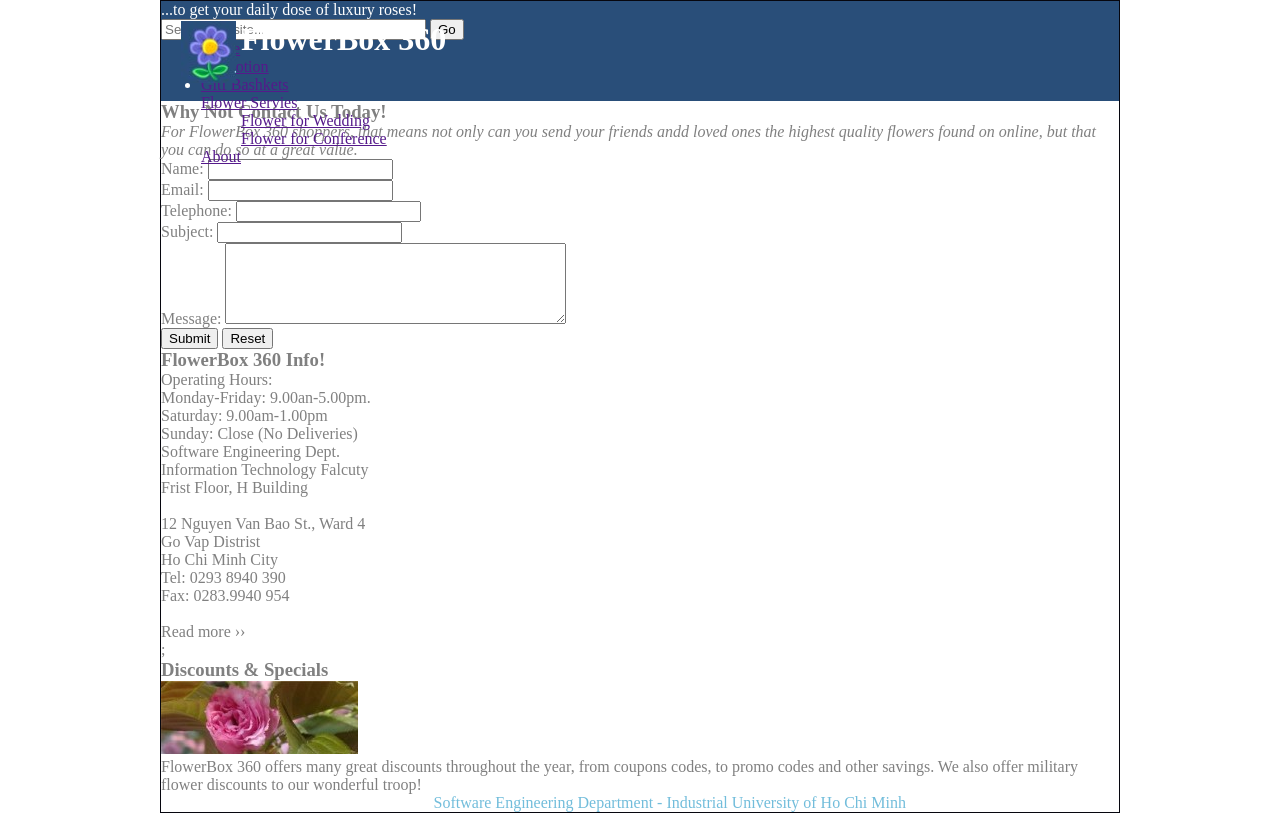
Repository: duongtheng/bai-tap-tuan-6
Page: html/index.html
The author's editor kept a copy of each file at every save. The page is drawn from the files as they stood at one save, then again after the next save.
The browser window is 1280 px wide. The pictures show the whole page.

Above is the page before, as saved 2022-03-23 13:56:44.

After the next save:
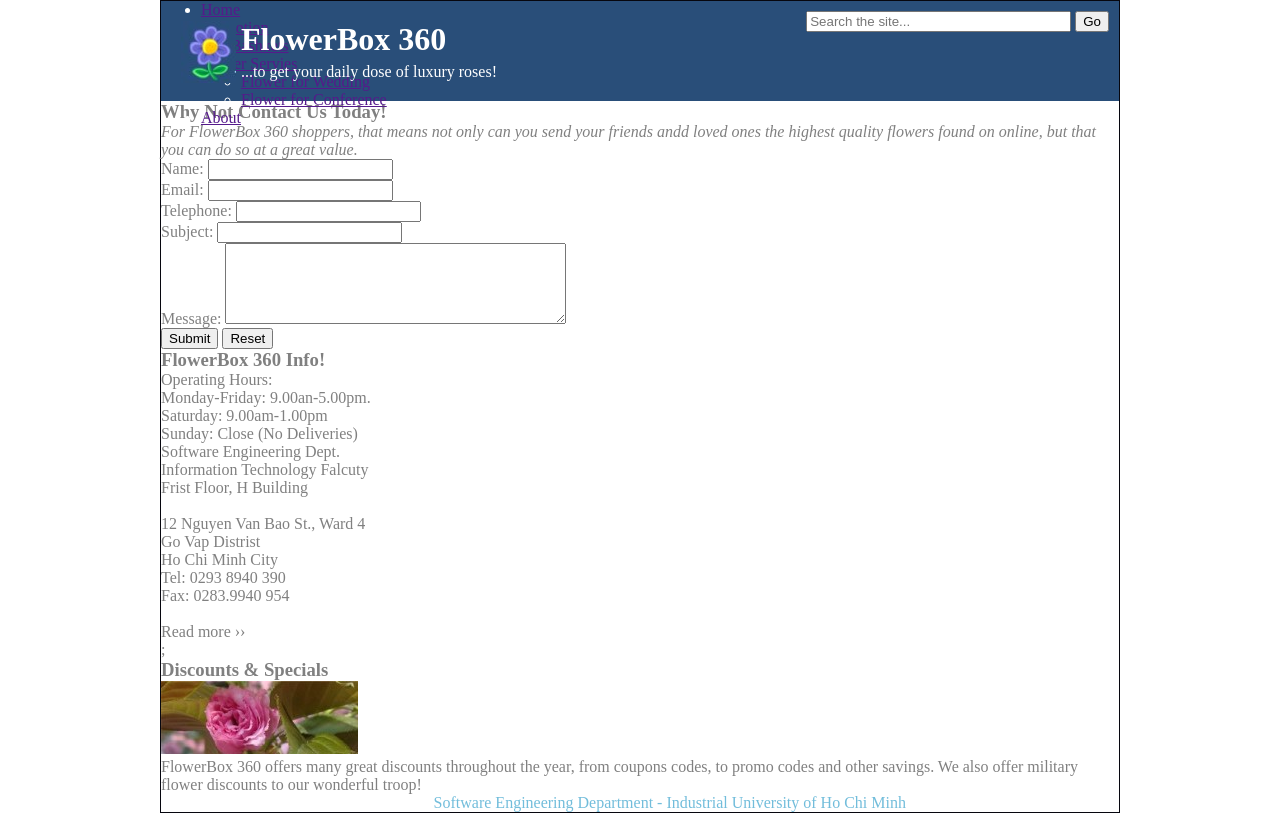
Saved 92 s later.
--- a/css/style.css
+++ b/css/style.css
@@ -27,3 +27,15 @@ header h1{
     top: 20px;
     left: 80px;
 }
+
+header p{
+    position: absolute;
+    bottom: 20px;
+    left: 80px;
+}
+
+header form{
+    position: absolute;
+    top: 10px;
+    right: 10px;
+}
